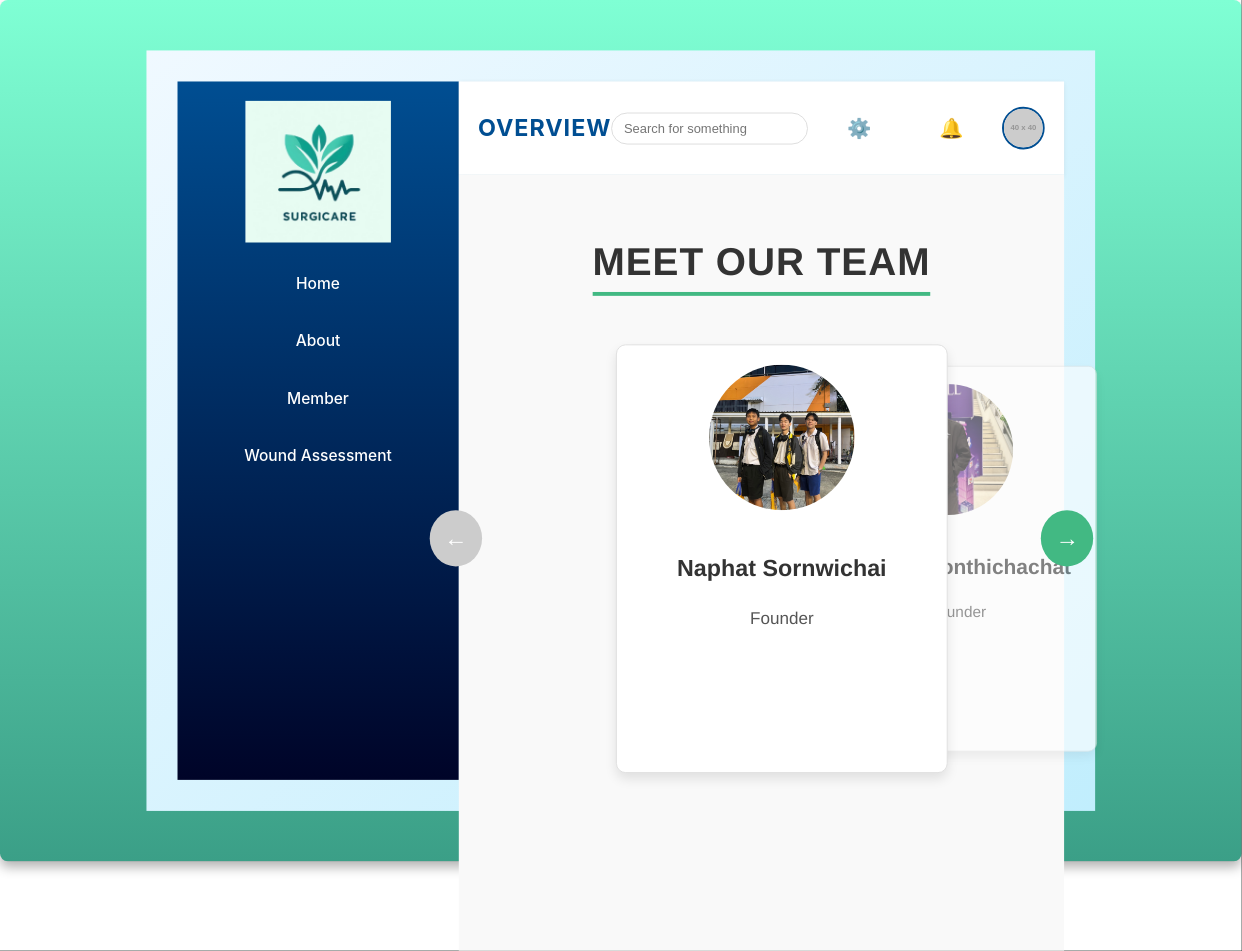
Repository: Jinwoo290350/Surgicare-Vue
Page: /member (app in surgicare/)
These files come from the project's save history. The page is drawn as it stood at one moment and after the next save; the edit follows.
The browser window is 1280 px wide. The pictures show the whole page, at 97% of full size.
The project was rebuilt for these pictures with package versions that can differ from the ones it lists, and the page was loaded fresh each time. Also part of the build but not shown: surgicare/vite.config.js, surgicare/src/views/Home.vue, surgicare/src/views/About.vue, surgicare/src/components/WoundAssessment.vue.

Above is the page before, as saved 2024-12-30 14:56:11.
Console error: TypeError: Cannot read properties of null (reading 'getContext')

After the next save:
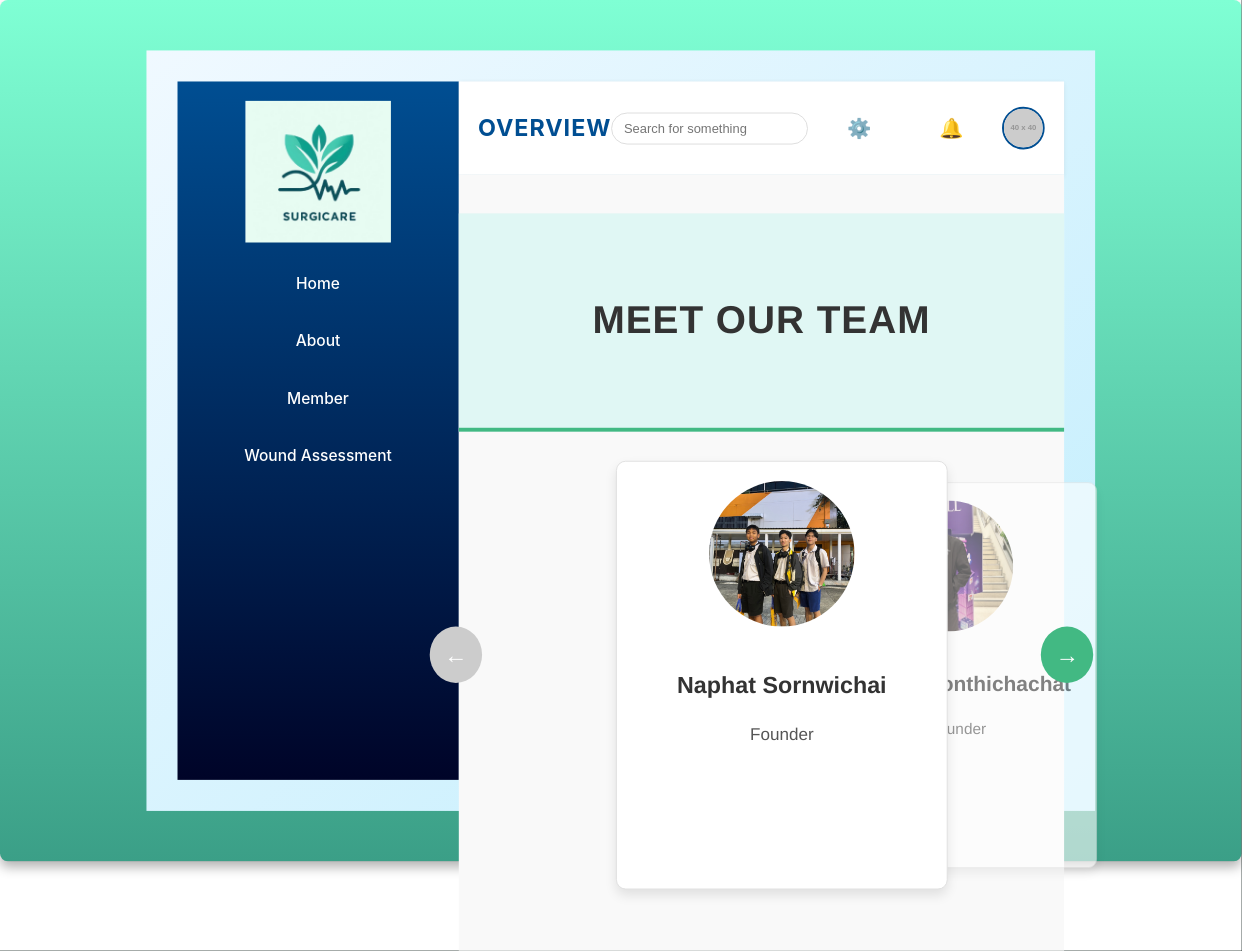
Saved 18 s later.
--- a/surgicare/src/views/Member.vue
+++ b/surgicare/src/views/Member.vue
@@ -109,11 +109,17 @@ export default {
   display: flex;
   flex-direction: column;
   align-items: center;
+  position: relative; /* Ensure proper boundary control */
 }
 
 .team-header {
   margin-bottom: 30px;
   text-align: center;
+  padding: 60px 20px; /* Expand top padding for a broader look */
+  background-color: #e0f7f4; /* Add a subtle contrasting color */
+  border-bottom: 4px solid #42b983;
+  width: 100%;
+  max-width: 1200px; /* Keep it within page bounds */
 }
 
 .team-header h1 {
@@ -121,7 +127,6 @@ export default {
   font-weight: bold;
   color: #333;
   text-transform: uppercase;
-  border-bottom: 4px solid #42b983;
   padding-bottom: 10px;
 }
 
@@ -134,6 +139,7 @@ export default {
   position: relative;
   width: 100%;
   max-width: 600px;
+  margin-bottom: 30px; /* Prevent container from overflowing */
 }
 
 .card-stack {
@@ -240,4 +246,9 @@ export default {
   background-color: #ccc;
   cursor: not-allowed;
 }
+
+/* Background control for the entire page */
+html, body {
+  overflow-x: hidden; /* Prevent horizontal scroll due to background overflow */
+}
 </style>
